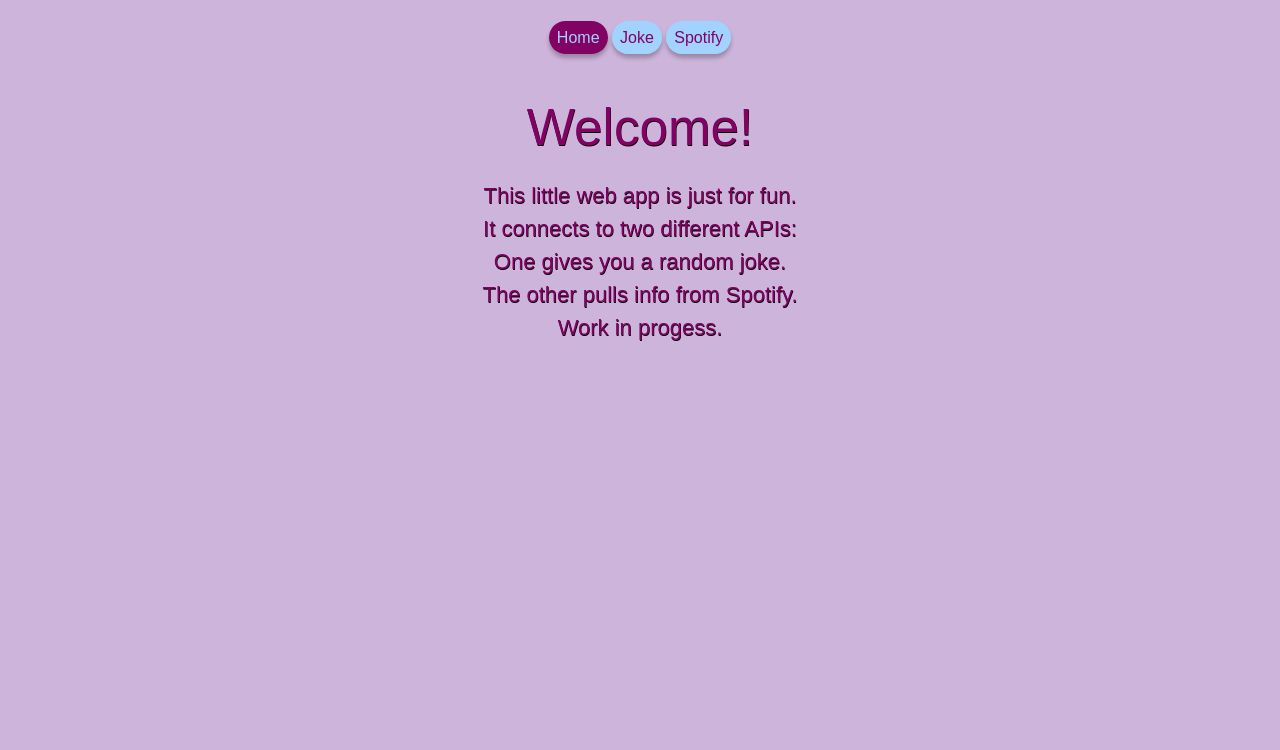
Repository: rosieomusic/spotify-react
Page: /
These files come from the project's save history. The page is drawn as it stood at one moment and after the next save; the edit follows.
The browser window is 1280 px wide. The pictures show the whole page.
The page's requests for data from a server got no answer. Some web fonts or font styles are not loaded; a fallback is used. The project was rebuilt for these pictures with package versions that can differ from the ones it lists, and the page was loaded fresh each time. No one was signed in, and anything a server would have sent is missing. Also part of the build but not shown: vite.config.js, src/services/SpotifyService.js, src/components/AlbumComponent.jsx, src/pages/SpotifyPage.jsx, src/services/JokeService.js, src/pages/JokePage.jsx.

Above is the page before, as saved 2025-05-23 00:09:33.

### index.html
<!DOCTYPE html>
<html lang="en">
	<head>
		<meta charset="UTF-8" />

		<meta
			name="viewport"
			content="width=device-width, initial-scale=1.0"
		/>
		<link
			rel="preconnect"
			href="https://fonts.googleapis.com"
		/>
		<link
			rel="preconnect"
			href="https://fonts.gstatic.com"
			crossorigin
		/>
		<link
			href="https://fonts.googleapis.com/css2?family=Jersey+10&display=swap"
			rel="stylesheet"
		/>
		<title>Joke and Spotify API</title>
	</head>
	<body>
		<div id="root"></div>
		<script
			type="module"
			src="/src/main.jsx"
		></script>
	</body>
</html>

### src/index.css
:root {
	font-family: system-ui, Avenir, Helvetica, Arial, sans-serif;
	line-height: 1.5;
	font-weight: 400;
	color: black;
	background-color: white;
	font-synthesis: none;
	text-rendering: optimizeLegibility;
	-webkit-font-smoothing: antialiased;
	-moz-osx-font-smoothing: grayscale;
}

h1 {
	font-size: 3.2em;
	line-height: 1.1;
}

### src/App.jsx
import './App.css';
import { HashRouter, Routes, Route, NavLink } from 'react-router-dom';

import HomePage from './pages/HomePage';
import SpotifyPage from './pages/SpotifyPage';
import JokePage from './pages/JokePage';

function App() {
	return (
		<HashRouter>
			<div id='app-container'>
				<nav>
					<NavLink
						to='/'
						className={({ isActive }) =>
							isActive ? 'nav-link active' : 'nav-link'
						}
					>
						Home
					</NavLink>{' '}
					<NavLink
						to='/joke'
						className={({ isActive }) =>
							isActive ? 'nav-link active' : 'nav-link'
						}
					>
						Joke
					</NavLink>{' '}
					<NavLink
						to='/spotify'
						className={({ isActive }) =>
							isActive ? 'nav-link active' : 'nav-link'
						}
					>
						Spotify
					</NavLink>
				</nav>

				<main>
					<Routes>
						<Route
							path='/'
							element={<HomePage />}
						/>
						<Route
							path='/joke'
							element={<JokePage />}
						/>
						<Route
							path='/spotify'
							element={<SpotifyPage />}
						/>
					</Routes>
				</main>
			</div>
		</HashRouter>
	);
}

export default App;

### src/App.css
html,
body {
	margin: 0;
	padding: 0;
	background-color: #cdb4db;
	box-sizing: border-box;
	font-family: 'Jersey 10', sans-serif;
	color: #820263;
	margin-bottom: 20px;
	padding-inline-start: 0;
	word-wrap: break-word;
	overflow-wrap: break-word;
}
body {
	margin-top: 10px;
	overflow-x: hidden;
}
:root {
	background-color: #cdb4db;
	margin: 0;
}
#root {
	width: 100%;
	height: 100%;
	margin: 0 auto;
	display: flex;
	justify-content: center;
	align-items: center;
	text-align: center;
	background-color: #cdb4db;
}
.spotify-wrapper {
	width: 100%;
	min-width: 100vw;
	min-height: 100vh;
	background-color: #cdb4db;
	display: flex;
	justify-content: center;
	align-items: flex-start;
}
#jokes {
	border: 5px dotted #820263;
	padding: 20px;
	box-sizing: border-box;
	margin: 20px;
}

#app-container {
	display: flex;
	flex-direction: column;
	min-height: 100vh;
	flex-grow: 1;
}
.spotify-page {
	flex-grow: 1;
	height: 100%;
	width: 100%;
	display: flex;
	flex-direction: column;
	align-items: center;
	background-color: #cdb4db;
	padding-bottom: 4rem;
}

button {
	font-family: 'Jersey 10', sans-serif;
	background-color: #a2d2ff;
	border: none;
	margin-top: 20px;
	transition: box-shadow 200ms ease-in-out, transform 200ms ease-in-out;
	box-shadow: 0 4px 4px rgba(0, 0, 0, 0.25);
	cursor: pointer;
	outline: none;
	transition: border-color 0.25s;
	transform: scale(1);
	transform-origin: center;
	padding: 0.6em 1.2em;
	font-size: 1.1em;
	font-weight: 500;
	border-radius: 30px;
	color: #820263;
	margin-bottom: 20px;
}
button:focus {
	border: none;
	outline: none;
}
button:hover {
	transform: scale(1.05);
	box-shadow: 0 2x 2px rgba(0, 0, 0, 0.25);
}
h1,
p {
	font-weight: 100;
	justify-self: center;
	text-align: center;
	align-self: center;
	margin-bottom: 20px;
	text-shadow: black 0.5px 0.5px;
}
li {
	list-style-type: none;
	line-height: normal;
	white-space: normal;
	word-break: break-word;
	margin-top: 0;
}
h2 {
	font-size: 2em;
	text-align: center;
	padding-left: 1em;
	padding-right: 1em;
	text-shadow: black 3px 5px;
}
p {
	font-size: 22px;
}
h3 {
	font-size: 2em;
	padding: 0;
	margin: 0;
}
label {
	font-size: 1.5em;
}
#track {
	margin: 3px;
}

nav {
	text-align: center;
	margin-top: 1rem;
}

.info {
	text-align: left;
	font-size: 40px;
	line-height: normal;
	display: block;
}
.bandImg {
	width: 100%;
	display: block;
	max-width: 100%;
	border-radius: 70%;
	padding: 1em;
}
.bandImg,
.albumImg {
	margin: 0 auto;

	height: auto;
}

.albumImg {
	width: 100%;
	max-width: 100%;
	display: block;
}
a {
	text-decoration: none;
	color: #820263;
	background-color: #a2d2ff;
	border-radius: 30px;
	padding: 0.5em;
	box-shadow: 0 4px 4px rgba(0, 0, 0, 0.25);
}
.link {
	background-color: #cdb4db;
}
.nav-link.active {
	text-decoration: none;
	color: #a2d2ff;
	background-color: #820263;
}
.nav-link:hover {
	text-decoration: none;
	color: #a2d2ff;
	background-color: #820263;
}
main {
	display: flex;
	flex-direction: column;
	justify-content: center;
	align-items: center;
	text-align: center;
	height: 100%;
	box-sizing: border-box;

	padding-top: 1rem;
}
input {
	margin-top: 10px;
	border: none;
	padding: 0.5em;
	border-radius: 30px;
	font-family: 'Jersey 10', sans-serif;
	font-size: 18px;
	font-weight: 100;
	color: #645394;
	box-shadow: 0 4px 4px rgba(0, 0, 0, 0.25);
}
input:focus {
	border: none;
	outline: none;
}
footer {
	background-color: #cdb4db;
	border: 1px solid #820263;
	border-left: none;
	border-right: none;
}
ol {
	margin: 20px;
	font-size: 28px;
	font-weight: 400;
	text-align: left;
	padding-left: 0;
	height: auto;
}
#track-link {
	background-color: #cdb4db;
	cursor: pointer;
	overflow: hidden;
}
.top-tracks {
	border: 5px dotted #820263;

	justify-self: center;
}
a#track-link {
	padding: 0;
	margin: 0;
}
p#track:hover {
	color: white;
}
@media screen and (max-width: 768px) {
	.bandImg {
		max-width: 90%;
	}
	.albumImg {
		max-width: 90%;
	}
	h2 {
		font-size: 1em;
	}
	.info {
		font-size: 2em;
	}
	ol {
		word-wrap: break-word;
	}
	li {
		font-size: 1em;
		word-break: break-word;
		white-space: normal;
	}
}

### src/pages/HomePage.jsx
import React from 'react';

export default function HomePage() {
	return (
		<div>
			<h1>Welcome!</h1>
			<p>
				This little web app is just for fun. <br />
				It connects to two different APIs: <br />
				One gives you a random joke.
				<br />
				The other pulls info from Spotify.
				<br />
				Work in progess.
			</p>
		</div>
	);
}

Loaded but not shown: src/main.jsx (common file)

After the next save:
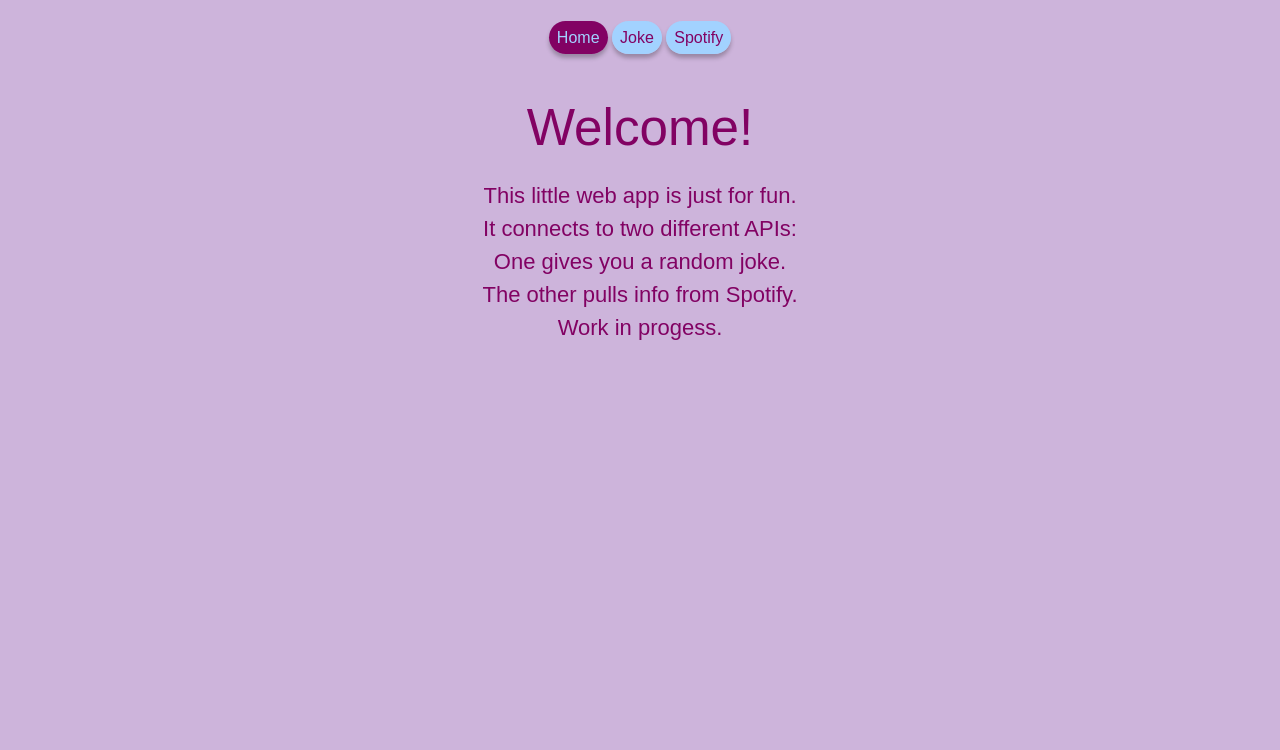
Saved 25 s later.
--- a/src/App.css
+++ b/src/App.css
@@ -96,7 +96,6 @@ p {
 	text-align: center;
 	align-self: center;
 	margin-bottom: 20px;
-	text-shadow: black 0.5px 0.5px;
 }
 li {
 	list-style-type: none;
